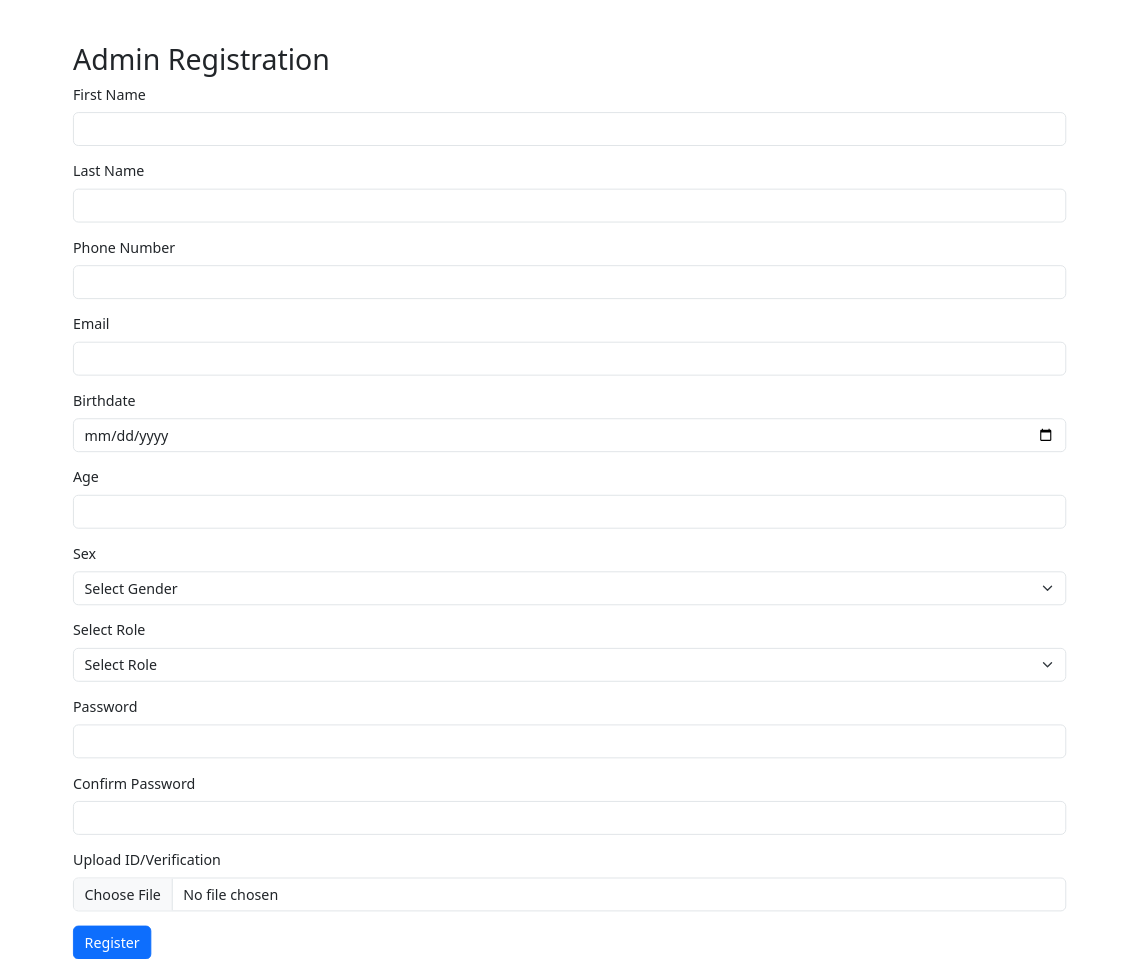
Repository: MeekSharkdev/capstone-project
Page: http://localhost/phpmailer/pages/register-admin.php
The author's editor kept a copy of each file at every save. The page is drawn from the files as they stood at one save, then again after the next save.
The browser window is 1280 px wide. The pictures show the whole page, at 89% of full size.
The page is run by PHP 8.4 with error messages shown; the project is at /var/www/html/.

Above is the page before, as saved 2024-12-18 13:29:45.

### pages/register-admin.php
<?php
$servername = "localhost";
$username = "root";
$password = "122401";
$dbname = "dbusers";

// Create database connection
$conn = new mysqli($servername, $username, $password, $dbname);

// Check connection
if ($conn->connect_error) {
    die("Connection failed: " . $conn->connect_error);
}

// Handle form submission
if ($_SERVER['REQUEST_METHOD'] === 'POST') {
    $firstname = $_POST['firstname'];
    $lastname = $_POST['lastname'];
    $username = $_POST['username']; // Capturing username
    $phonenumber = $_POST['phonenumber'];
    $email = $_POST['email'];
    $birthdate = $_POST['birthdate'];
    $age = $_POST['age'];
    $sex = $_POST['sex'];
    $role = $_POST['role'];
    $password = $_POST['password'];
    $confirm_password = $_POST['confirm_password'];
    $attachment_form_id = $_FILES['attachment_form_id']['name'];

    // Validate password match
    if ($password !== $confirm_password) {
        echo "<script>alert('Passwords do not match!'); window.history.back();</script>";
        exit;
    }

    $password_hashed = password_hash($password, PASSWORD_DEFAULT);

    // Insert into database
    $stmt = $conn->prepare("INSERT INTO admintbl (firstname, lastname, username, phonenumber, email, birthdate, age, sex, role, password, attachment_form_id) VALUES (?, ?, ?, ?, ?, ?, ?, ?, ?, ?, ?)");

    $stmt->bind_param("ssssssssss", $firstname, $lastname, $username, $phonenumber, $email, $birthdate, $age, $sex, $role, $password_hashed, $attachment_form_id);

    if ($stmt->execute()) {
        move_uploaded_file($_FILES['attachment_form_id']['tmp_name'], "uploads/" . $attachment_form_id);
        echo "<script>alert('Registration successful!'); window.location.href='login.php';</script>";
    } else {
        echo "<script>alert('Error: " . $stmt->error . "');</script>";
    }

    $stmt->close();
}

$conn->close();
?>

<!DOCTYPE html>
<html lang="en">
<head>
    <meta charset="UTF-8">
    <meta name="viewport" content="width=device-width, initial-scale=1.0">
    <title>Admin Registration</title>
    <link rel="stylesheet" href="https://cdn.jsdelivr.net/npm/bootstrap@5.3.2/dist/css/bootstrap.min.css">
</head>
<body>
    <div class="container mt-5">
        <h2>Admin Registration</h2>
        <form method="POST" enctype="multipart/form-data">
            <div class="mb-3">
                <label for="firstname" class="form-label">First Name</label>
                <input type="text" class="form-control" id="firstname" name="firstname" required>
            </div>
            <div class="mb-3">
                <label for="lastname" class="form-label">Last Name</label>
                <input type="text" class="form-control" id="lastname" name="lastname" required>
            </div>
            <div class="mb-3">
                <label for="phonenumber" class="form-label">Phone Number</label>
                <input type="tel" class="form-control" id="phonenumber" name="phonenumber" pattern="09\d{9}" title="Phone number must start with 09 and have 11 digits" required>
            </div>
            <div class="mb-3">
                <label for="email" class="form-label">Email</label>
                <input type="email" class="form-control" id="email" name="email" required>
            </div>
            <div class="mb-3">
                <label for="birthdate" class="form-label">Birthdate</label>
                <input type="date" class="form-control" id="birthdate" name="birthdate" required>
            </div>
            <div class="mb-3">
                <label for="age" class="form-label">Age</label>
                <input type="number" class="form-control" id="age" name="age" min="18" required>
            </div>
            <div class="mb-3">
                <label for="sex" class="form-label">Sex</label>
                <select class="form-select" id="sex" name="sex" required>
                    <option value="" disabled selected>Select Gender</option>
                    <option value="Male">Male</option>
                    <option value="Female">Female</option>
                    <option value="Other">Other</option>
                </select>
            </div>
            <div class="mb-3">
                <label for="role" class="form-label">Select Role</label>
                <select class="form-select" id="role" name="role" required>
                    <option value="" disabled selected>Select Role</option>
                    <option value="admin">Admin</option>
                    <option value="developer">Developer</option>
                    <option value="PIO">PIO</option>
                    <option value="barangay_staff">Barangay Staff</option>
                </select>
            </div>
            <div class="mb-3">
                <label for="password" class="form-label">Password</label>
                <input type="password" class="form-control" id="password" name="password" required>
            </div>
            <div class="mb-3">
                <label for="confirm_password" class="form-label">Confirm Password</label>
                <input type="password" class="form-control" id="confirm_password" name="confirm_password" required>
            </div>
            <div class="mb-3">
                <label for="attachment_form_id" class="form-label">Upload ID/Verification</label>
                <input type="file" class="form-control" id="attachment_form_id" name="attachment_form_id" required>
            </div>
            <button type="submit" class="btn btn-primary">Register</button>
        </form>
    </div>
</body>
</html>

After the next save:
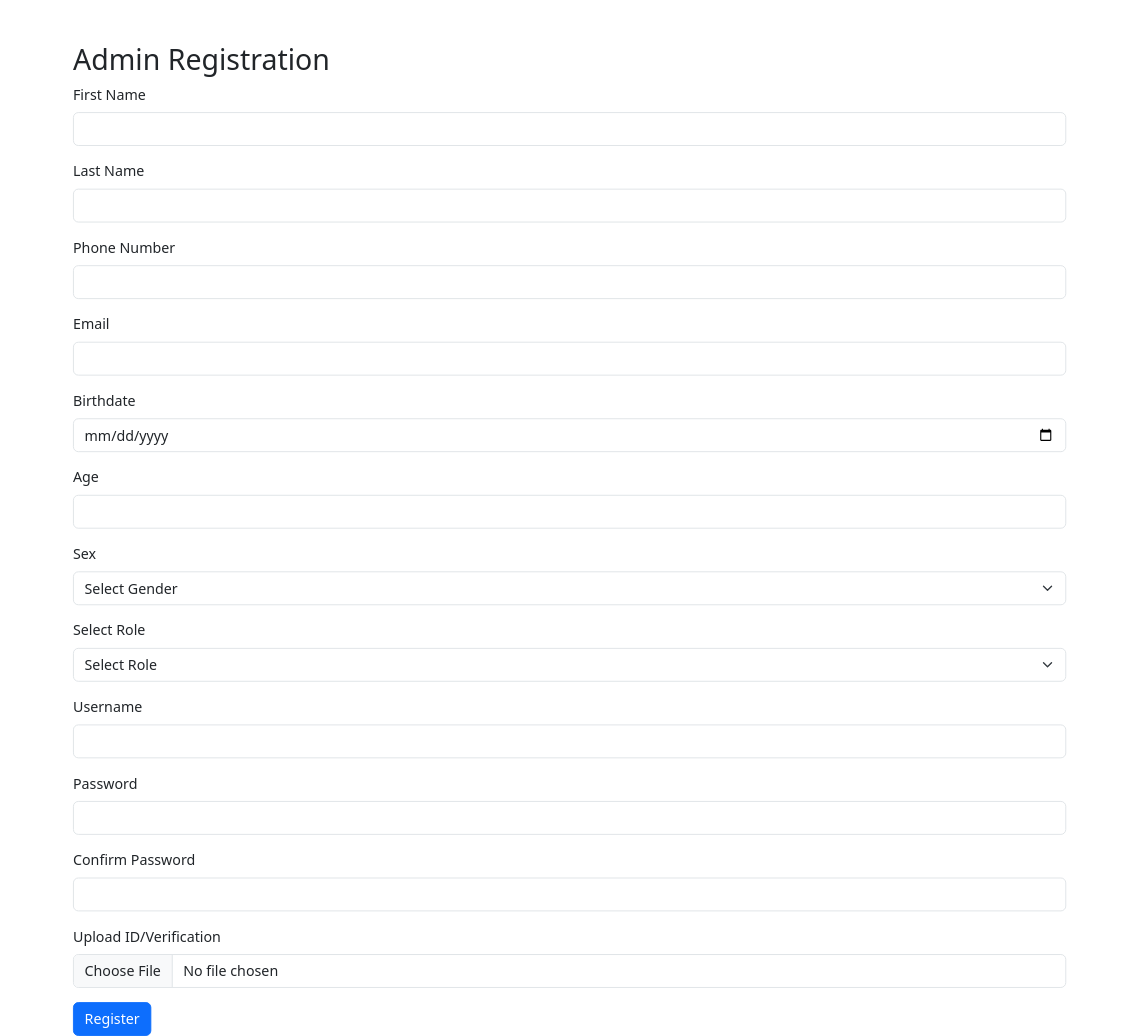
Saved 5 s later.
--- a/pages/register-admin.php
+++ b/pages/register-admin.php
@@ -109,6 +109,10 @@ $conn->close();
                 </select>
             </div>
             <div class="mb-3">
+                <label for="username" class="form-label">Username</label>
+                <input type="text" class="form-control" id="username" name="username" required>
+            </div>
+            <div class="mb-3">
                 <label for="password" class="form-label">Password</label>
                 <input type="password" class="form-control" id="password" name="password" required>
             </div>
